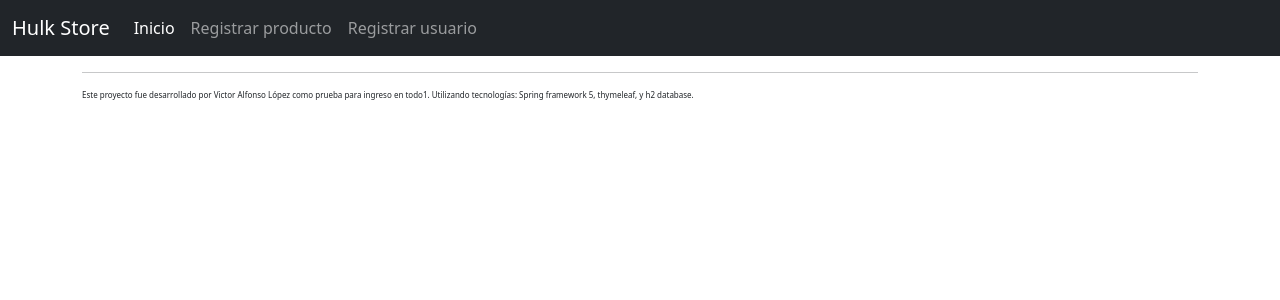
Repository: alfonsoLopez1992/PruebaTODO1
Page: http://localhost/index
An editor plug-in stored every save of this project. The page is shown before and after the next save, followed by the edit.
The browser window is 1280 px wide. The pictures show the whole page.
Some web libraries are served in a nearby version. The page is this project's Thymeleaf template; nobody is signed in. The template is opened directly, without the code that normally fills it, so the values that code supplies are empty.

Above is the page before, as saved 2021-02-15 20:51:26.

### hulk-store-internet/src/main/resources/templates/index.html
<!DOCTYPE html>
<html xmlns:th="http://www.thymeleaf.org">
<head th:replace="layout/layout :: head">
</head>
<body>

<header th:replace="layout/layout :: header" ></header>

<div class="container">

<div class="card" style="width: 18rem;" th:each="producto: ${productos}">
  <img src="..." class="card-img-top" alt="...">
  <div class="card-body">
    <h5 class="card-title" th:text="${producto.nombre}"></h5>
    <p class="card-text" th:text="${producto.descripcion}"></p>
    <p class="card-text" th:text="${producto.costo}">Costo</p>
  </div>
</div>

</div>

<footer th:replace="layout/layout :: footer" ></footer>

</body>
</html>

### hulk-store-internet/src/main/resources/templates/layout/layout.html
<!DOCTYPE html>
<html xmlns:th="http://www.thymeleaf.org">
<head th:fragment="head">
<meta charset="UTF-8">
<title>Hulk store</title>
<link
	href="https://cdn.jsdelivr.net/npm/bootstrap@5.0.0-beta2/dist/css/bootstrap.min.css"
	rel="stylesheet"
	integrity="sha384-BmbxuPwQa2lc/FVzBcNJ7UAyJxM6wuqIj61tLrc4wSX0szH/Ev+nYRRuWlolflfl"
	crossorigin="anonymous">

</head>
<body>
	<header th:fragment="header">
		<nav class="navbar navbar-expand-lg navbar-dark bg-dark">
			<div class="container-fluid">
				<a class="navbar-brand" href="#">Hulk Store</a>
				<button class="navbar-toggler" type="button"
					data-bs-toggle="collapse" data-bs-target="#navbarNav"
					aria-controls="navbarNav" aria-expanded="false"
					aria-label="Toggle navigation">
					<span class="navbar-toggler-icon"></span>
				</button>
				<div class="collapse navbar-collapse" id="navbarNav">
					<ul class="navbar-nav">
						<li class="nav-item"><a class="nav-link active"
							aria-current="page" href="http://localhost:8080/">Inicio</a></li>

						<li class="nav-item"><a class="nav-link" href="http://localhost:8080/producto/listar">Registrar producto</a>
						</li>
						<li class="nav-item"><a class="nav-link" href="http://localhost:8080/usuario/index">Registrar usuario</a>
						</li>
					</ul>
				</div>
			</div>
		</nav>
	</header>
	<div class="container"></div>


	<footer th:fragment="footer" class="container">
		<hr />
		<p style="font-size: 8px !important;">Este proyecto fue desarrollado por Victor Alfonso López como
			prueba para ingreso en todo1. Utilizando tecnologías: Spring framework 5, thymeleaf, y h2 database.</p>
		<script
			src="https://cdn.jsdelivr.net/npm/bootstrap@5.0.0-beta2/dist/js/bootstrap.bundle.min.js"
			integrity="sha384-b5kHyXgcpbZJO/tY9Ul7kGkf1S0CWuKcCD38l8YkeH8z8QjE0GmW1gYU5S9FOnJ0"
			crossorigin="anonymous"></script>
		<script
			src="https://cdn.jsdelivr.net/npm/@popperjs/core@2.6.0/dist/umd/popper.min.js"
			integrity="sha384-KsvD1yqQ1/1+IA7gi3P0tyJcT3vR+NdBTt13hSJ2lnve8agRGXTTyNaBYmCR/Nwi"
			crossorigin="anonymous"></script>
		<script
			src="https://cdn.jsdelivr.net/npm/bootstrap@5.0.0-beta2/dist/js/bootstrap.min.js"
			integrity="sha384-nsg8ua9HAw1y0W1btsyWgBklPnCUAFLuTMS2G72MMONqmOymq585AcH49TLBQObG"
			crossorigin="anonymous"></script>

	</footer>



</body>
</html>

After the next save:
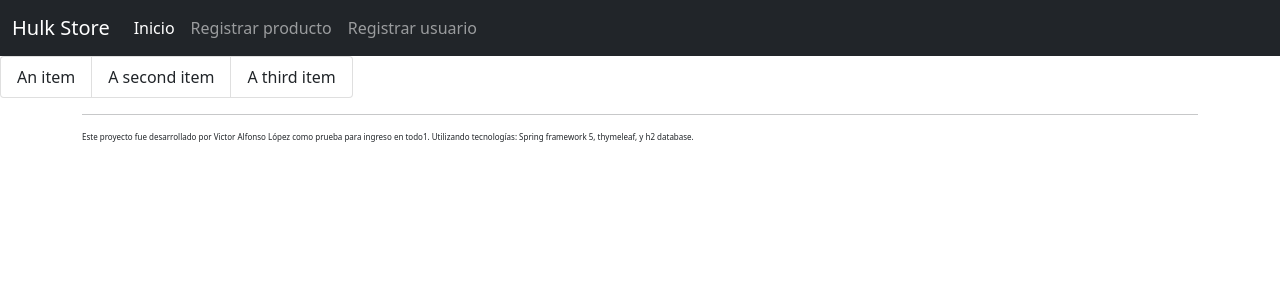
Saved 113 s later.
--- a/hulk-store-internet/src/main/resources/templates/index.html
+++ b/hulk-store-internet/src/main/resources/templates/index.html
@@ -19,6 +19,12 @@
 
 </div>
 
+<ul class="list-group list-group-horizontal">
+  <li class="list-group-item">An item</li>
+  <li class="list-group-item">A second item</li>
+  <li class="list-group-item">A third item</li>
+</ul>
+
 <footer th:replace="layout/layout :: footer" ></footer>
 
 </body>
